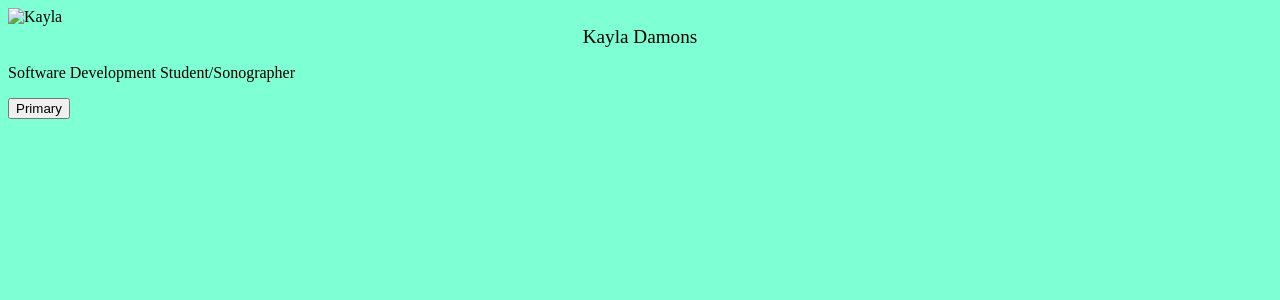
Repository: KaylaDamons/LABlinkinbio
Page: index.html
These files come from the project's save history. The page is drawn as it stood at one moment and after the next save; the edit follows.
The browser window is 1280 px wide. The pictures show the whole page.

Above is the page before, as saved 2024-01-14 12:13:49.
Not found: 8B2BA252-CB20-4D3B-8FEC-F8A474BC7D2E_1_201_a.jpeg

### index.html
<!DOCTYPE html>
<html lang="en">
<head>
  <meta charset="UTF-8">
  <meta name="viewport" content="width=device-width, initial-scale=1.0">
  <title>Document</title>
</head>
<script src="main.js"></script>

<body>
  <div>
    <img src="8B2BA252-CB20-4D3B-8FEC-F8A474BC7D2E_1_201_a.jpeg" alt="Kayla" style="width:500px;height:600px;">



  <header>Kayla Damons</header>
  <p>Software Development Student/Sonographer</p>
 <div><button type="button" class="btn btn-primary">Primary</button></div>

  </div>
</body>
<link rel="stylesheet" href="main.css">
</html>

### main.css
body {
  background-color: aquamarine;
}
header {
   font-size: larger;
   text-align: center;
}
p {
  align-items: center;
}

Loaded but not shown: main.js (common file)

After the next save:
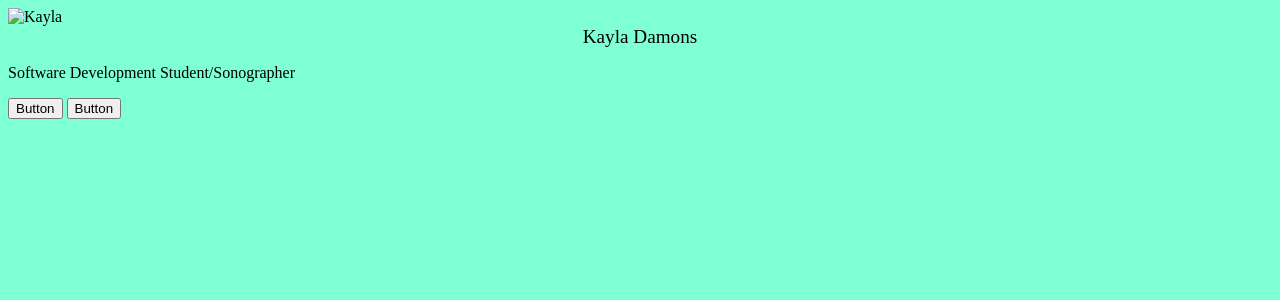
Saved 2 min 3 s later.
--- a/index.html
+++ b/index.html
@@ -15,7 +15,10 @@
 
   <header>Kayla Damons</header>
   <p>Software Development Student/Sonographer</p>
- <div><button type="button" class="btn btn-primary">Primary</button></div>
+  <div class="d-grid gap-2">
+    <button class="btn btn-primary" type="button">Button</button>
+    <button class="btn btn-primary" type="button">Button</button>
+  </div>
 
   </div>
 </body>
